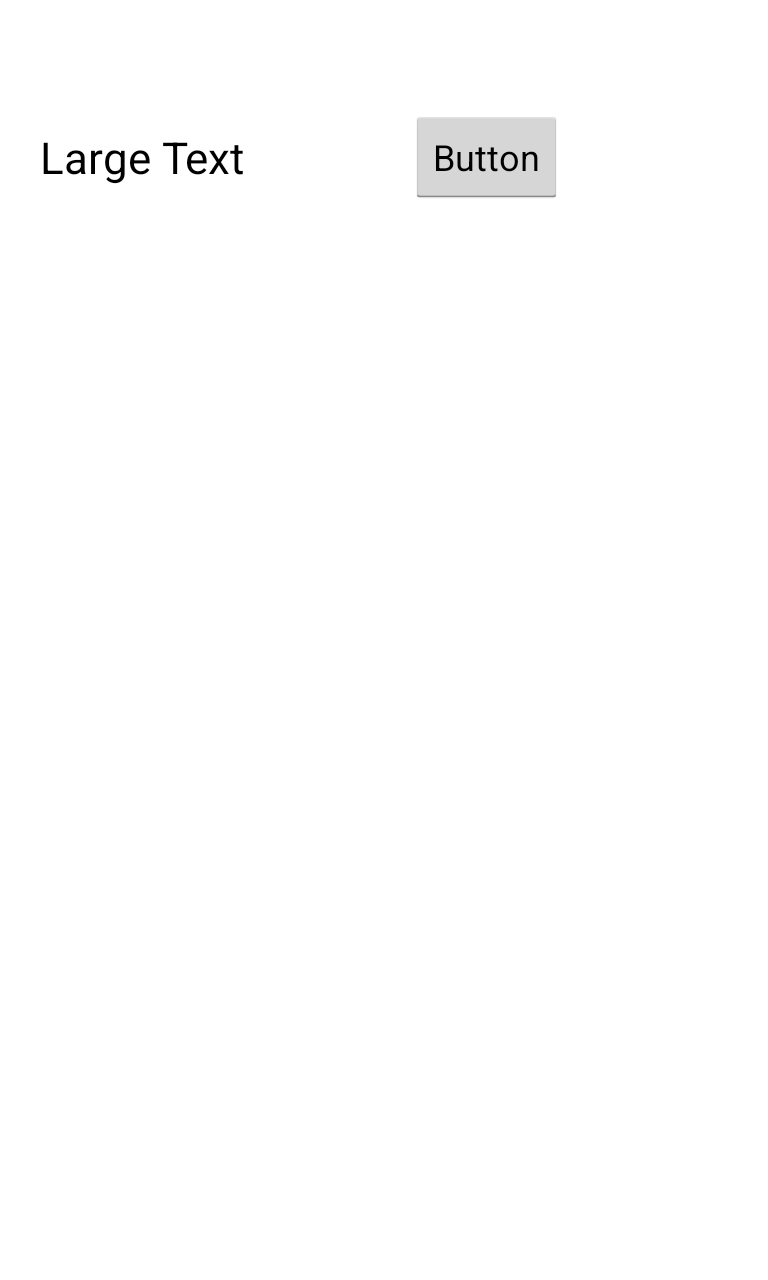
Repository: soumen91/GridView
Layout: PracticeCarApps/res/layout/row.xml
The author's editor kept a copy of each file at every save. The layout is drawn from the files as they stood at one save, then again after the next save.
It is drawn on a 768 x 1280 px phone screen (xhdpi) without system bars, with theme AppTheme; the app's code is not run.

Above is the layout before, as saved 2013-06-17 10:16:53.

### PracticeCarApps/res/layout/row.xml
<?xml version="1.0" encoding="UTF-8"?>
<LinearLayout xmlns:android="http://schemas.android.com/apk/res/android"
    android:layout_width="fill_parent"
    android:layout_height="fill_parent" >

    <LinearLayout
        android:layout_width="fill_parent"
        android:layout_height="fill_parent"
        android:orientation="vertical" >

        <LinearLayout
            android:layout_width="match_parent"
            android:layout_height="wrap_content"
            android:layout_weight="1"
            android:orientation="vertical" >

            <LinearLayout
                android:layout_width="match_parent"
                android:layout_height="wrap_content"
                android:layout_margin="20dp"
                android:layout_weight="1"
                android:orientation="horizontal" >

                <LinearLayout
                    android:layout_width="wrap_content"
                    android:layout_height="match_parent"
                    android:layout_gravity="center"
                    android:layout_weight="1" >

                    <TextView
                        android:id="@+id/txtView"
                        android:layout_width="wrap_content"
                        android:layout_height="wrap_content"
                        android:layout_gravity="center"

                        android:text="Large Text"
                        android:textColor="@android:color/black"
                        android:textAppearance="?android:attr/textAppearanceLarge" />
                </LinearLayout>

                <LinearLayout
                    android:layout_width="wrap_content"
                    android:layout_height="match_parent"
                    android:layout_gravity="center"
                    android:layout_weight="1" >

                    <Button
                        android:id="@+id/bttnLike"
                        android:layout_width="wrap_content"
                        android:layout_height="wrap_content"
                        android:layout_gravity="center"
                        android:text="Button" />
                </LinearLayout>
            </LinearLayout>

            <LinearLayout
                android:layout_width="match_parent"
                android:layout_height="wrap_content"
                android:layout_weight="1"
                android:orientation="vertical" >
            </LinearLayout>
        </LinearLayout>

        <LinearLayout
            android:layout_width="match_parent"
            android:layout_height="wrap_content"
            android:layout_weight="1"
            android:orientation="vertical" >
        </LinearLayout>

        <LinearLayout
            android:layout_width="match_parent"
            android:layout_height="wrap_content"
            android:layout_weight="1"
            android:orientation="vertical" >
        </LinearLayout>

        <LinearLayout
            android:layout_width="match_parent"
            android:layout_height="wrap_content"
            android:layout_weight="1"
            android:orientation="vertical" >
        </LinearLayout>
    </LinearLayout>

</LinearLayout>

Loaded but not shown: PracticeCarApps/res/values/styles.xml (common file); PracticeCarApps/res/values-v11/styles.xml (common file); PracticeCarApps/res/values-v14/styles.xml (common file)

After the next save:
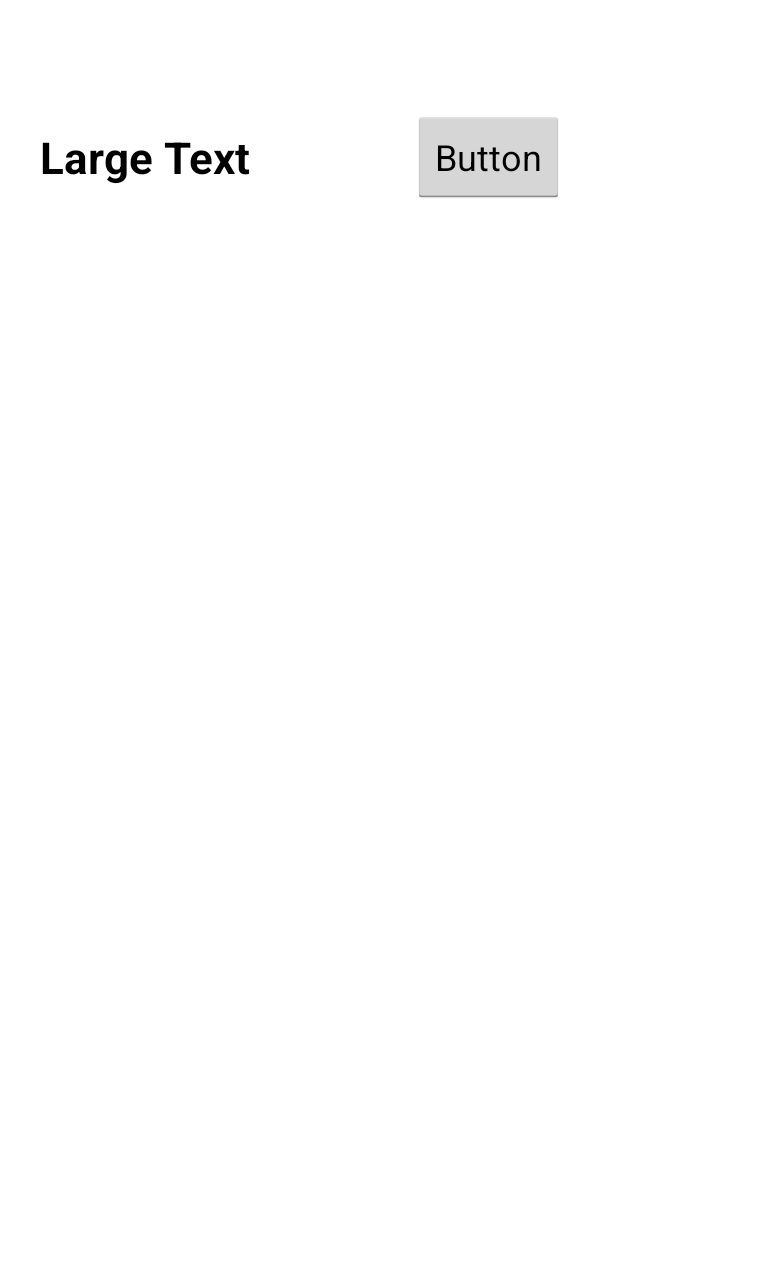
Saved 52 s later.
--- a/PracticeCarApps/res/layout/row.xml
+++ b/PracticeCarApps/res/layout/row.xml
@@ -32,7 +32,7 @@
                         android:layout_width="wrap_content"
                         android:layout_height="wrap_content"
                         android:layout_gravity="center"
-
+                        android:textStyle="bold"
                         android:text="Large Text"
                         android:textColor="@android:color/black"
                         android:textAppearance="?android:attr/textAppearanceLarge" />
